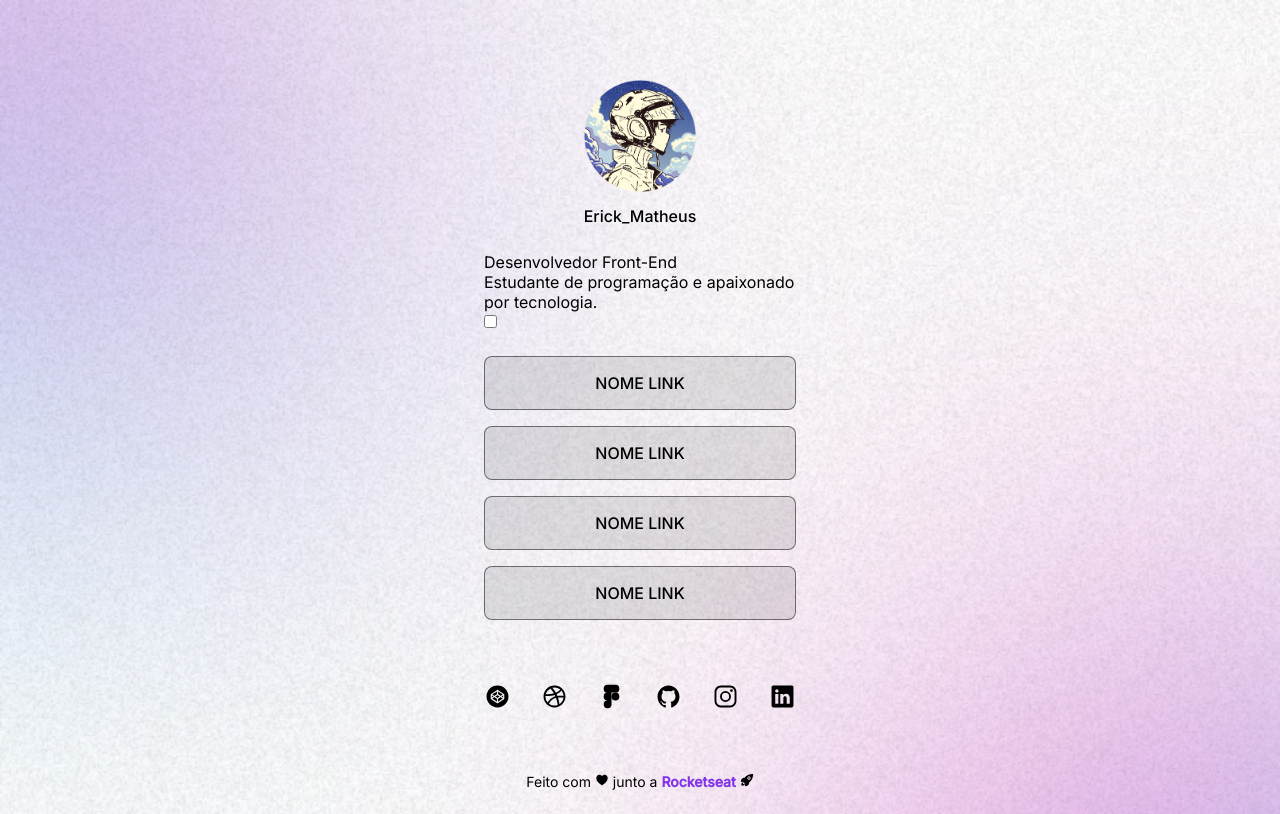
Repository: e-rickmatheus/project_dev_links
Page: index.html
These files come from the project's save history. The page is drawn as it stood at one moment and after the next save; the edit follows.
The browser window is 1280 px wide. The pictures show the whole page.

Above is the page before, as saved 2025-04-03 19:26:41.

### index.html
<!DOCTYPE html>
<html lang="pt-BR" class="light-theme">
<head>

<link rel="preconnect" href="https://fonts.googleapis.com">
<link rel="preconnect" href="https://fonts.gstatic.com" crossorigin>
<link href="https://fonts.googleapis.com/css2?family=Inter:wght@400;500&display=swap" rel="stylesheet">
  <meta charset="UTF-8">
  <meta name="viewport" content="width=device-width, initial-scale=1.0">
  <title>DEV.Links</title>
  <link rel="stylesheet" href="./style.css">
  <a></a>
</head>
<body>

  <div id="container">
    <div id="profile">
      <img id="avatar" src="./assets/avatar-pilot-day.png" alt="avatar-light">
      <p>Erick_Matheus</p>
    </div>
    <div id="description">
      <p>Desenvolvedor Front-End</p>
      <p>Estudante de programação e apaixonado por tecnologia.</p>
    </div>
    <div id="switcher">
      <input type="checkbox" id="theme-switcher" class="checkbox">
      <label for="theme-switcher" class="label">
        <span class="ball"></span>
      </label>
  <ul>
    <li>
      <a href="#" target="_blank">NOME LINK</a>
    </li>
    <li>
        <a href="#" target="_blank">NOME LINK</a>
    </li>
    <li>
        <a href="#" target="_blank">NOME LINK</a>
    </li>
    <li>
        <a href="#" target="_blank">NOME LINK</a>
    </li>
  </ul>
  <div id="social-links">
    <!-- <ion-icon name="logo-behance"></ion-icon> -->
    <a href="https://codepen.io/erick_matheus" target="_blank">
      <ion-icon name="logo-codepen"></ion-icon>
    </a>

    <a href="https://dribbble.com/erick_matheus" target="_blank">
      <ion-icon name="logo-dribbble"></ion-icon>
    </a>

    <a href="https://figma.com/@erick_matheus" target="_blank">
      <ion-icon name="logo-figma"></ion-icon>
    </a>
    <a href="https://github.com/e-rickmatheus" target="_blank">
      <ion-icon name="logo-github"></ion-icon>
    </a>

    <a href="https://instagram.com/" target="_blank">
      <ion-icon name="logo-instagram"></ion-icon>
    </a>

    <a href="https://linkedin.com/in/e-rickmatheus/" target="_blank">
      <ion-icon name="logo-linkedin"></ion-icon>
    </a>
    <!-- <ion-icon name="logo-medium"></ion-icon> -->
    <!-- <ion-icon name="logo-whatsapp"></ion-icon> -->
  </div>

  <footer>
    Feito com <ion-icon name="heart"></ion-icon>
    junto a <a id="rocketseat" href="https://rocketseat.com.br/" target="_blank">Rocketseat</a>   <ion-icon name="rocket"></ion-icon>
  </footer>
  </div>

<script type="module" src="https://cdn.jsdelivr.net/npm/ionicons@7.1.0/dist/ionicons/ionicons.esm.js"></script>
<script nomodule src="https://cdn.jsdelivr.net/npm/ionicons@7.1.0/dist/ionicons/ionicons.js"></script>
</body>

</html>

### style.css
* {  /* *: todos os elementos */
  margin: 0;
  padding: 0;
  box-sizing: border-box; /* border-box: altura e largura do elemento é o mesmo que o tamanho definido */

}

:root {
  --text-color: white; /* cor do texto */
  --bg-url: url(./assets/bg-mobile.jpg); /* url da imagem de fundo */
  --stroke-color: rgba(255, 255, 255, 0.5); /* cor do contorno */
  --surface-color: rgba(255, 255, 255, 0.1); /* cor da superfície */
  --surface-color-hover: rgba(255, 255, 255, 0.2); /* cor da superfície ao passar o mouse */
  --social-links-color-hover: rgba(255, 255, 255, 0.2); /* cor do link ao passar o mouse */
}

.light-theme { /* tema claro */
  --text-color: black; /* cor do texto */
  --bg-url: url(./assets/bg-mobile-light.jpg); /* url da imagem de fundo */
  --stroke-color: rgba(0, 0, 0, 0.5); /* cor do contorno */
  --surface-color: rgba(0, 0, 0, 0.1); /* cor da superfície */
  --surface-color-hover: rgba(0, 0, 0, 0.2); /* cor da superfície ao passar o mouse */
  --social-links-color-hover: rgba(0, 0, 0, 0.2); /* cor do link ao passar o mouse */
}

html, body {
  height: 100%; /* altura do html e body */
  width: 100%; /* largura do html e body */
}

body { /* body: corpo do documento */
  /*
  background-image: url(./assets/bg-mobile.jpg);
  background-repeat: no-repeat;
  background-position: top center;
  background-size: cover;
  */

  /* BACKGROUND GRADIENT
   background-image:  linear-gradient(
        45deg,
        hsl(201deg 37% 81%) 0%,
        hsl(202deg 39% 77%) 8%,
        hsl(204deg 40% 72%) 17%,
        hsl(206deg 41% 68%) 25%,
        hsl(207deg 42% 64%) 33%,
        hsl(209deg 42% 60%) 41%,
        hsl(210deg 42% 56%) 50%,
        hsl(212deg 41% 53%) 58%,
        hsl(214deg 41% 49%) 66%,
        hsl(217deg 45% 46%) 75%,
        hsl(219deg 48% 43%) 83%,
        hsl(223deg 50% 40%) 92%,
        hsl(228deg 51% 38%) 100%
    );
    */
    background-repeat: no-repeat; /* repetição da imagem */
    background-position: top center; /* posição da imagem */
    background-size: 100% 100%; /* tamanho da imagem */
  background: var(--bg-url) no-repeat top center/cover;
  /* background: cor imagem repetição posição/tamanho */
}

body * { /* todos os elementos dentro do body */
  font-family: 'Inter', sans-serif;
  color: var(--text-color); /* cor do texto */


}

#container {
  width:  360px;
  margin: 56px auto 0px;
  display: block;
  padding: 0 24px;
}

#profile {
  text-align: center;
  padding: 24px;
}

#profile img {
  width: 112px;
}

#profile p {
  font-weight: 500;
  line-height: 24px;
  margin-top: 8px;
}


/*links*/
ul { /* ul: lista não ordenada */
  list-style: none;
  display: flex;
  flex-direction: column;
  gap: 16px;
  padding: 24px 0;
}

ul li a { /* a: link */
  display: flex;
  justify-content: center;
  align-items: center;
  padding: 16px 24px;
  background: var(--surface-color);
  border: 1px solid var(--stroke-color);
  border-radius: 8px;
  backdrop-filter: blur (4px);
  -webkit-backdrop-filter: blur (4px);

  text-decoration: none;
  font-weight: 500;

  transition: background 0.2s;
}

ul li a:hover { /* quando o mouse estiver em cima do link */
  background: var(--surface-color-hover);
  border: 1.5px solid var(--text-color);
}


/*SOcial Links*/
#social-links {
  display: flex;
  justify-content: center;
  padding: 24px 0;
  font-size: 25px
}

#social-links a { /* a: link */
  display: flex;
  justify-content: center;
  align-items: center;
  padding: 16px;
  transition: background 0.2s;
  border-radius: 50%;
}

#social-links a:hover { /* quando o mouse estiver em cima do link */
  background: var(--social-links-color-hover);

}

footer {
  text-align: center;
  padding: 24px 0;
  font-size: 14px;
}

#rocketseat {
  color: rgb(130 52 233);
  text-decoration: none;
  font-weight: bold;
  transition: color 0.5s;
}

#rocketseat:hover { /* quando o mouse estiver em cima do link */
  color: white;
  text-decoration: underline;
  background:  rgb(130 52 233);
  transition: color 0.5s;
  margin: 1px 1px;
  padding: 4px 4px;
  border-radius: 4px;
  tex

}

After the next save:
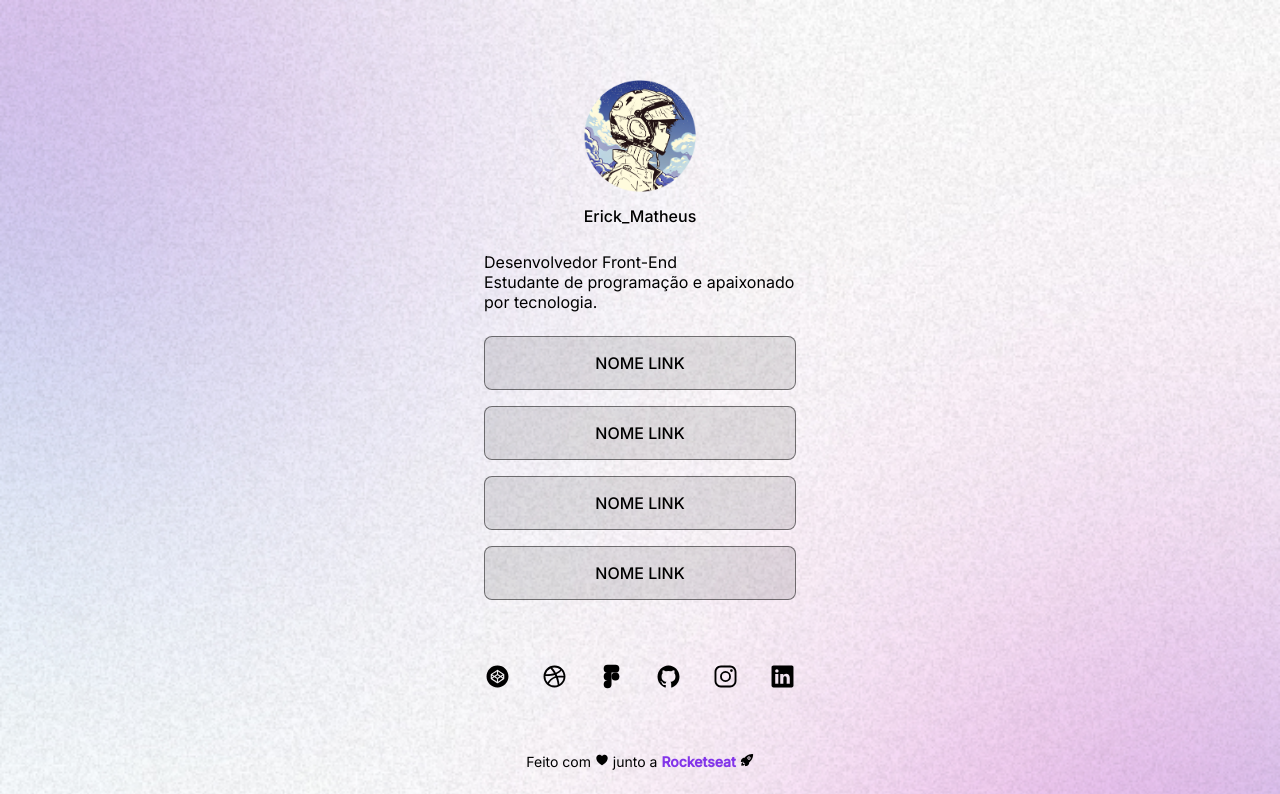
Saved 19 s later.
--- a/index.html
+++ b/index.html
@@ -23,10 +23,7 @@
       <p>Estudante de programação e apaixonado por tecnologia.</p>
     </div>
     <div id="switcher">
-      <input type="checkbox" id="theme-switcher" class="checkbox">
-      <label for="theme-switcher" class="label">
-        <span class="ball"></span>
-      </label>
+
   <ul>
     <li>
       <a href="#" target="_blank">NOME LINK</a>
